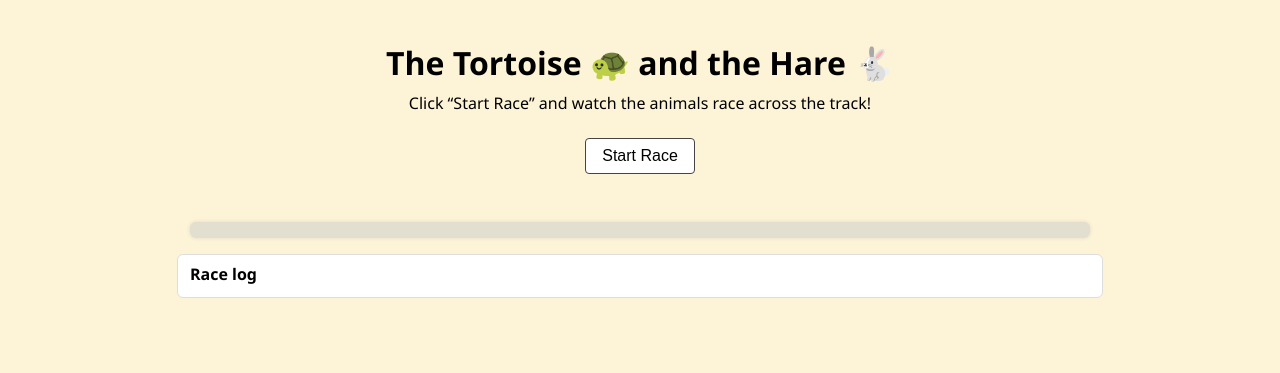
Repository: Caroesspinosa/tortoise-hare-enhanced-CarolinaEspinosa
Page: tortoise_hare.html
These files come from the project's save history. The page is drawn as it stood at one moment and after the next save; the edit follows.
The browser window is 1280 px wide. The pictures show the whole page.

Above is the page before, as saved 2026-03-29 22:49:35.

### tortoise_hare.html
<!DOCTYPE html>
<html lang="en">
  <head>
    <meta charset="UTF-8" />
    <title>The Tortoise and the Hare Race</title>
    <link rel="stylesheet" href="style.css">
    <!-- script tag for the JS file -->
  </head>

  <body>
    <h1>The Tortoise 🐢 and the Hare 🐇</h1>
    <p class="description">
      Click “Start Race” and watch the animals race across the track!
    </p>

    <div class="controls">
      <button id="startBtn">Start Race</button>
    </div>

    <div class="track-wrapper">
      <div id="message"></div>
      <div id="track" class="track"></div>
    </div>

    <!-- We will do the log if we have time -->
    <div id="log">
      <h2>Race log</h2>
      <!-- entries added here by JavaScript -->
    </div>
  </body>
</html>

### style.css
body {
	background-color: #fdf3d7;
	font-family: 'Segoe UI', sans-serif;
	margin: 0;
	padding: 20px;
}

h1 {
	text-align: center;
	margin-bottom: 0.5rem;
}

p.description {
	text-align: center;
	margin-top: 0;
	margin-bottom: 1.5rem;
}

.controls {
	display: flex;
	justify-content: center;
	align-items: center;
	gap: 1rem;
	margin-bottom: 1rem;
	flex-wrap: wrap;
}

button {
	padding: 0.5rem 1rem;
	font-size: 1rem;
	border-radius: 4px;
	border: 1px solid #444;
	background-color: #fff;
	cursor: pointer;
}

button:disabled {
	opacity: 0.5;
	cursor: not-allowed;
}

.track-wrapper {
	max-width: 900px;
	margin: 0 auto;
}

#message {
	text-align: center;
	min-height: 1.5em;
	font-weight: bold;
	margin-bottom: 0.5rem;
}

.track {
	display: grid;
	grid-template-columns: repeat(70, 1.1fr);
	gap: 1px;
	padding: 8px;
	background-color: #e2ded0;
	border-radius: 6px;
	box-shadow: 0 0 4px rgba(0, 0, 0, 0.1);
	overflow: hidden;
}

.cell {
	height: 24px;
	display: flex;
	justify-content: center;
	align-items: center;
	font-size: 1.1rem;
	background-color: #fdfaf3;
}

.tortoise {
	background-color: #3b873e;
	/* color: #fff; */
}

.hare {
	background-color: #f08c2e;
	/* color: #fff; */
}

.both {
	background-color: #c0392b;
	/* color: #fff; */
}

#log {
	max-width: 900px;
	margin: 1rem auto 0;
	padding: 0.5rem 0.75rem;
	background-color: #fff;
	border-radius: 6px;
	border: 1px solid #ddd;
	font-size: 0.85rem;
	max-height: 50vh;
	overflow-y: auto;
}

#log h2 {
	margin: 0 0 0.25rem;
	font-size: 1rem;
}

#log .entry {
	font-family: monospace;
}

After the next save:
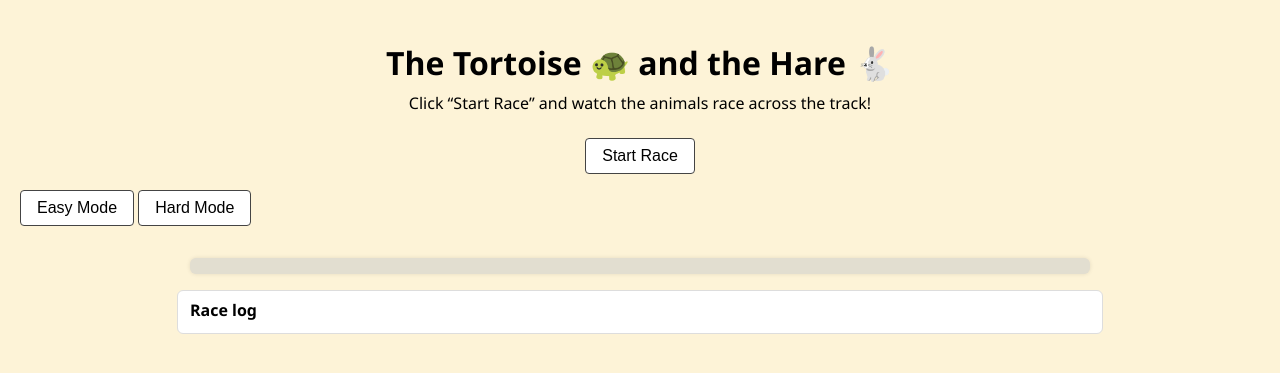
Saved 30 min 59 s later.
--- a/tortoise_hare.html
+++ b/tortoise_hare.html
@@ -1,31 +1,36 @@
-<!DOCTYPE html>
+<!doctype html>
 <html lang="en">
-  <head>
-    <meta charset="UTF-8" />
-    <title>The Tortoise and the Hare Race</title>
-    <link rel="stylesheet" href="style.css">
-    <!-- script tag for the JS file -->
-  </head>
+    <head>
+        <meta charset="UTF-8" />
+        <title>The Tortoise and the Hare Race</title>
+        <link rel="stylesheet" href="style.css" />
+        <!-- script tag for the JS file -->
+    </head>
 
-  <body>
-    <h1>The Tortoise 🐢 and the Hare 🐇</h1>
-    <p class="description">
-      Click “Start Race” and watch the animals race across the track!
-    </p>
+    <body>
+        <h1>The Tortoise 🐢 and the Hare 🐇</h1>
+        <p class="description">
+            Click “Start Race” and watch the animals race across the track!
+        </p>
 
-    <div class="controls">
-      <button id="startBtn">Start Race</button>
-    </div>
+        <div class="controls">
+            <button id="startBtn">Start Race</button>
+        </div>
 
-    <div class="track-wrapper">
-      <div id="message"></div>
-      <div id="track" class="track"></div>
-    </div>
+        <div class="difficult">
+            <button id="easy-mode">Easy Mode</button>
+            <button id="hard-mode">Hard Mode</button>
+        </div>
 
-    <!-- We will do the log if we have time -->
-    <div id="log">
-      <h2>Race log</h2>
-      <!-- entries added here by JavaScript -->
-    </div>
-  </body>
+        <div class="track-wrapper">
+            <div id="message"></div>
+            <div id="track" class="track"></div>
+        </div>
+
+        <!-- We will do the log if we have time -->
+        <div id="log">
+            <h2>Race log</h2>
+            <!-- entries added here by JavaScript -->
+        </div>
+    </body>
 </html>
